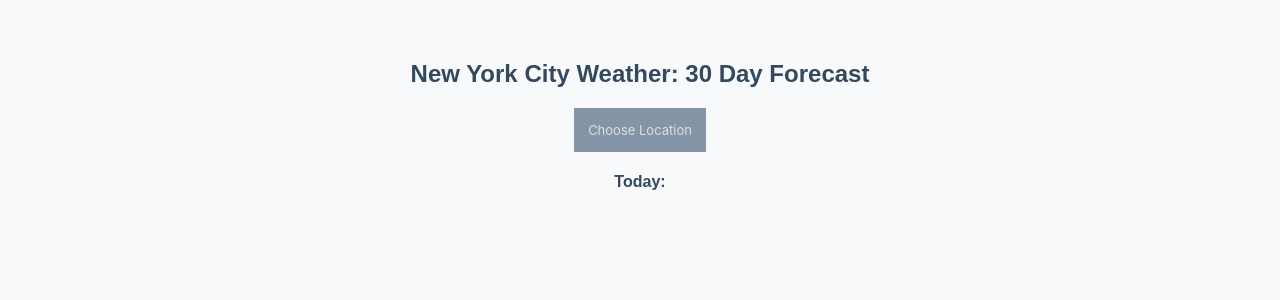
Repository: m0llyc00k/web-advanced
Page: NYC_weather_midterm/index_MC.html
The author's editor kept a record of every edit. The page is drawn from the files as they stood at one moment, then again after the next edit.
The browser window is 1280 px wide. The pictures show the whole page.
Some web fonts or font styles are not loaded; a fallback is used.

Above is the page before.
Console error: TypeError: Cannot read properties of null (reading 'addEventListener')

After the next edit:
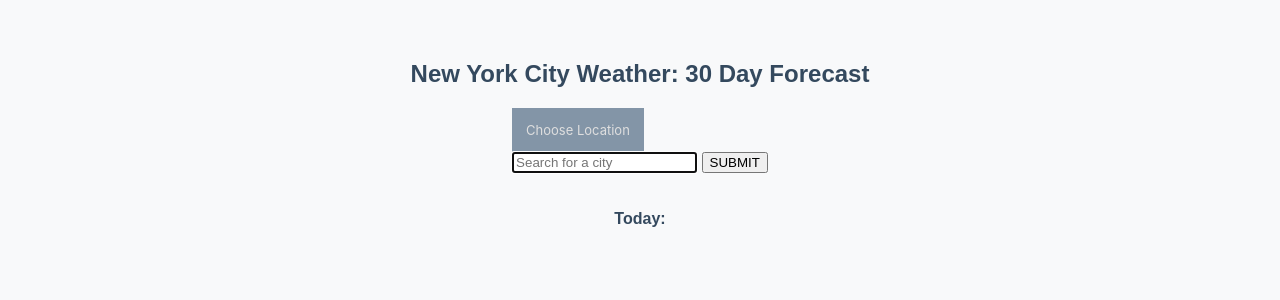
The error is gone.
The edit:
--- a/NYC_weather_midterm/index_MC.html
+++ b/NYC_weather_midterm/index_MC.html
@@ -20,6 +20,20 @@
             <a href="#">Link 2</a>
             <a href="#">Link 3</a>
         </div>
+        <section class="top-banner">
+            <div class="container">
+                <form>
+                    <input type="text" placeholder="Search for a city" autofocus>
+                    <button type="submit">SUBMIT</button>
+                    <span class="msg"></span>
+                </form>
+            </div>
+        </section>
+        <section class="ajax-section">
+            <div class="container">
+                <ul class="cities"></ul>
+            </div>
+        </section>
     </div>
     <h4>Today:</h4>
     <br><br><br>
